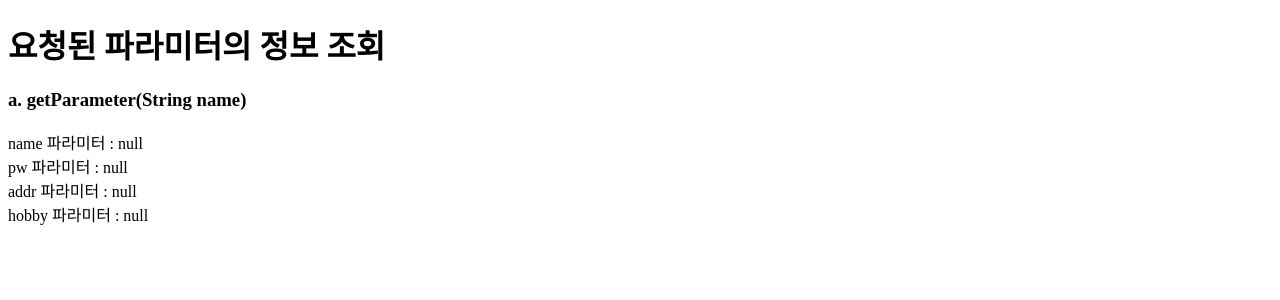
Repository: HongMW/study
Page: http://localhost/jsp01_basic/jsp02_elements/jsp09_parameters_view.jsp
An editor plug-in stored every save of this project. The page is shown before and after the next save, followed by the edit.
The browser window is 1280 px wide. The pictures show the whole page.
The page is served by Tomcat 9. Other server files are loaded and not shown.

Above is the page before, as saved 2022-12-12 02:53:23.

### 04.jsp/jsp01_basic/WebContent/jsp02_elements/jsp09_parameters_view.jsp
<%@page language="java" contentType="text/html; charset=UTF-8" pageEncoding="UTF-8"%>
<%
	request.setCharacterEncoding("utf-8");
%>
<!--
	톰캣에서 get/post방식으로 전달되는 파라미터의 값을 읽어 올 때 사용하는
	문자셋은 기본적으로 utf-8로 전달된다. 그렇기 때문에 tomcat에서는 별도로
	문자셋을 설정하지 않아도 utf-8문자셋을 사용한다. 하지만 utf-8이 아닌
	문자셋을 파라미터로 전달하는 경우에는 server.xml의 <connector>태그의
	useBodyEncodingForURI="true"를 추가하면 된다.

	true로 설정할 경우에는 get방식으로 전달되는 파라미터 값을 읽을 때 request
	객체의 getCharactorEncoding("utf-8")메서드를 호출해서 지정된 문자셋을
	사용할 수 있게 한다.
 -->
<!DOCTYPE html>
<html>
<head>
<meta charset="UTF-8">
<title>Insert title here</title>
</head>
<body>
	<h1>요청된 파라미터의 정보 조회</h1>
	<h3>a. getParameter(String name)</h3>
	name 파라미터 : <%= request.getParameter("name") %><br>
	pw   파라미터 : <%= request.getParameter("pw") %><br>
	addr  파라미터 : <%= request.getParameter("addr") %><br>
	hobby 파라미터 : <%= request.getParameter("hobby") %><br>
</body>
</html>

After the next save:
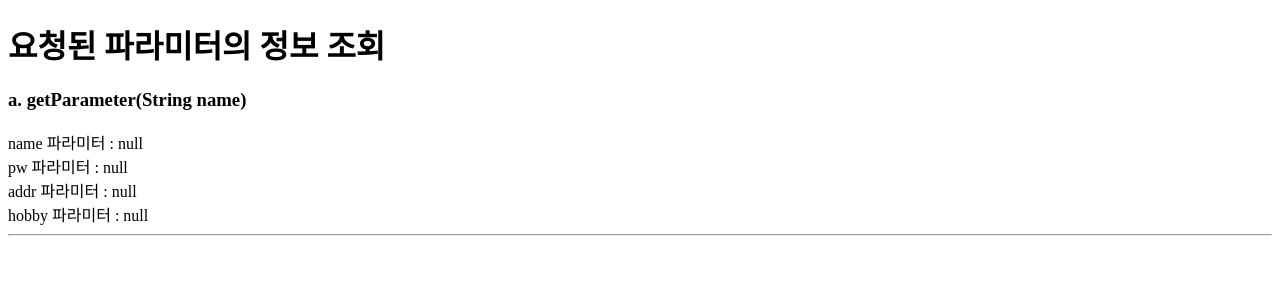
Saved 5 min 2 s later.
--- a/04.jsp/jsp01_basic/WebContent/jsp02_elements/jsp09_parameters_view.jsp
+++ b/04.jsp/jsp01_basic/WebContent/jsp02_elements/jsp09_parameters_view.jsp
@@ -26,5 +26,16 @@
 	pw   파라미터 : <%= request.getParameter("pw") %><br>
 	addr  파라미터 : <%= request.getParameter("addr") %><br>
 	hobby 파라미터 : <%= request.getParameter("hobby") %><br>
+	<hr />
+	<%
+		String[] hobbies = request.getParameterValues("hobby");
+		if(hobbies != null) {
+			for(String hobby:hobbies) {
+	%>
+				취미 = <%= hobby %><br>
+	<%
+			}
+		}
+	%>
 </body>
 </html>
